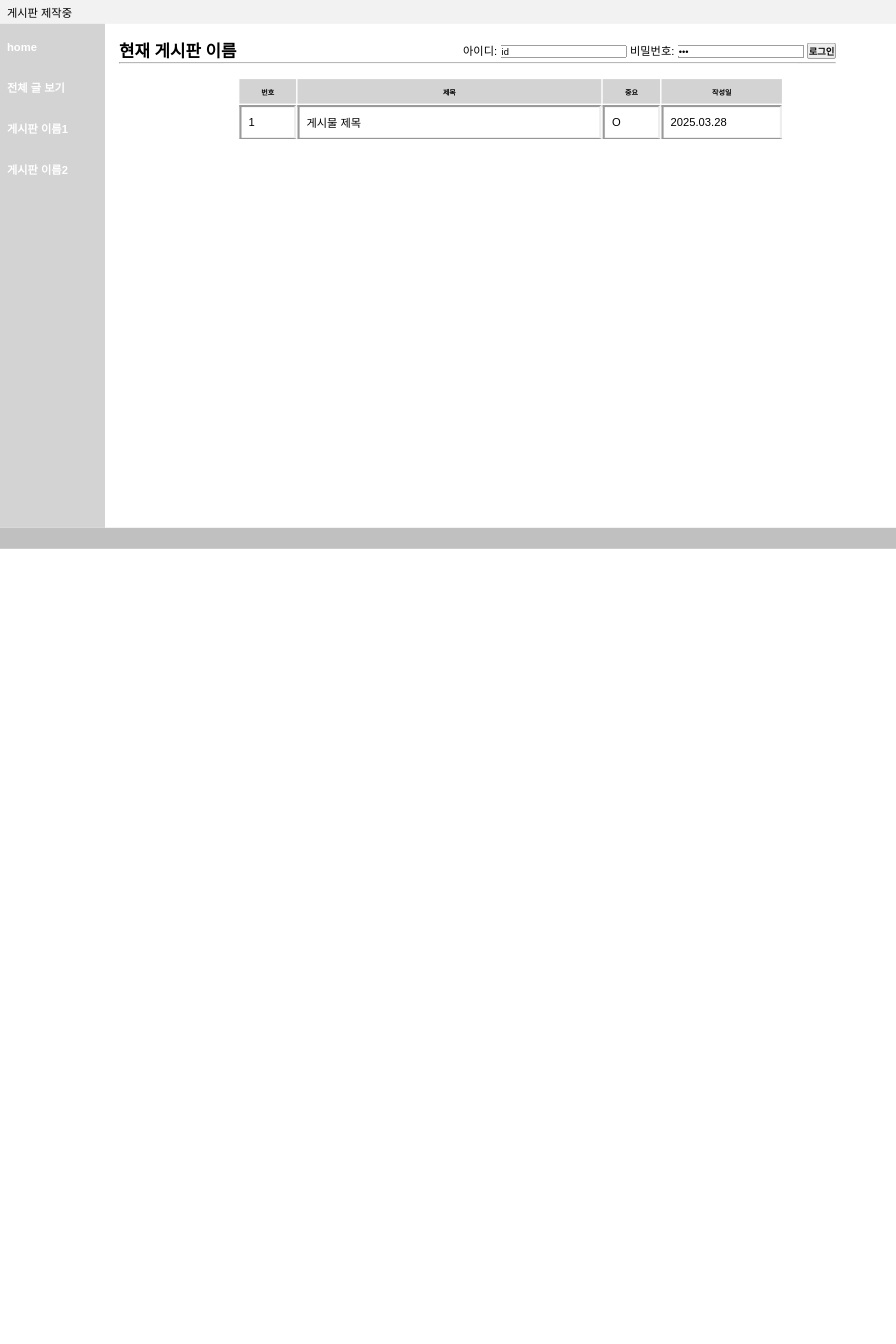
Repository: hyeon-jin-park/study
Page: work/internet_programing/Test_final/public/board.html
An editor plug-in stored every save of this project. The page is shown before and after the next save, followed by the edit.
The browser window is 1280 px wide. The pictures show the part of the page from y = 0 to 1920 px (the page is 10000 px tall), at 70% of full size.

Above is the page before, as saved 2025-03-26 10:29:47.

After the next save:
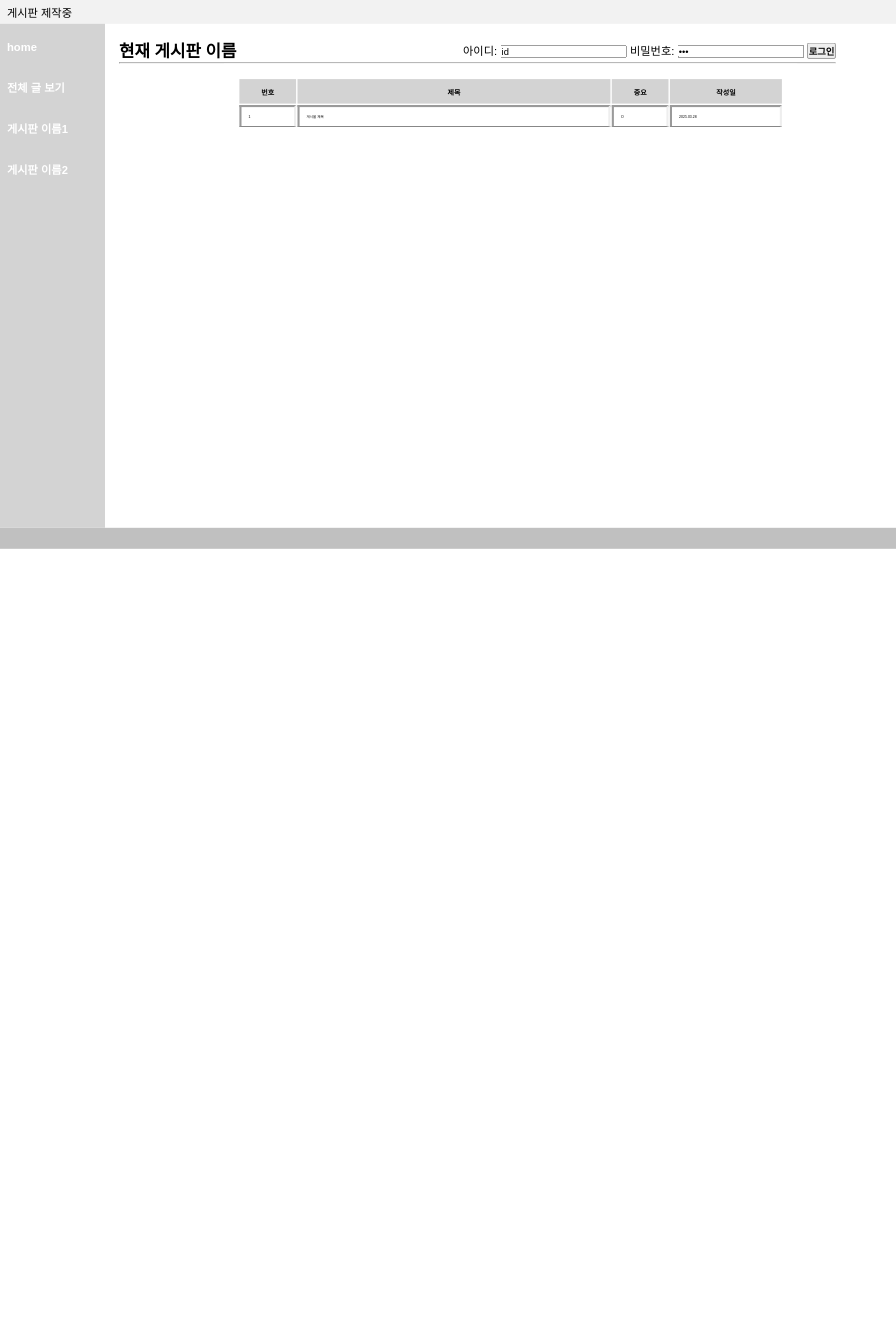
Saved 30 s later.
--- a/work/internet_programing/Test_final/public/layout.css
+++ b/work/internet_programing/Test_final/public/layout.css
@@ -70,6 +70,7 @@ section {
     font-size: 10px;
 }
 .board td{
+	font-size:5px;
 	border-collapse: collapse;
 	border-style:inset;
 
